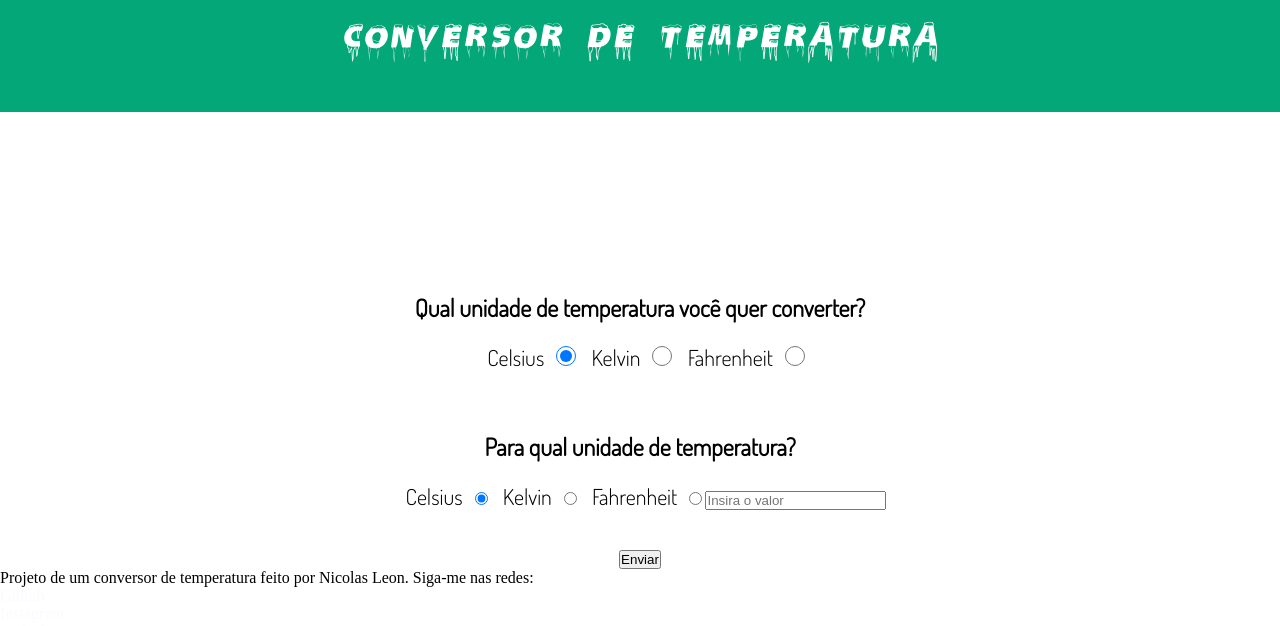
Repository: Leonngc/Conversor-de-temperatura
Page: index.html
These files come from the project's save history. The page is drawn as it stood at one moment and after the next save; the edit follows.
The browser window is 1280 px wide. The pictures show the whole page.
Some icons come from a web library that is not loaded, so they are not drawn.

Above is the page before, as saved 2023-02-10 23:27:18.

After the next save:
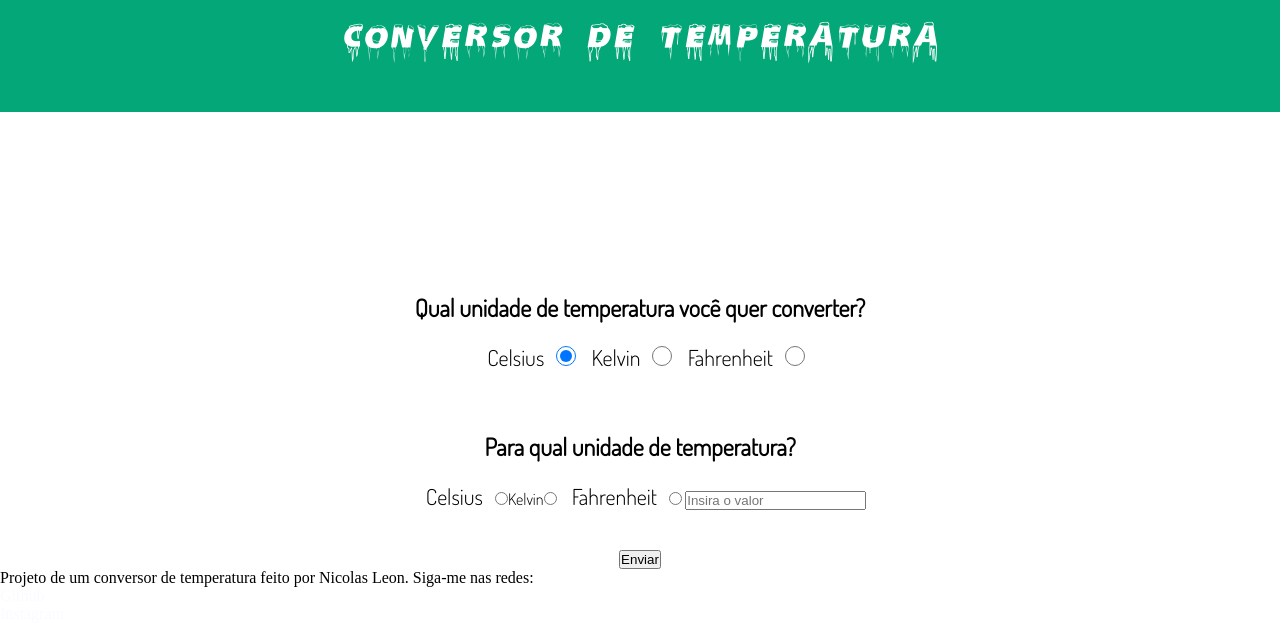
Saved 24 s later.
--- a/index.html
+++ b/index.html
@@ -32,7 +32,7 @@
        </form>
        <form>
         <h2>Para qual unidade de temperatura?</h2>
-        <label for="cel-res">Celsius</label><input type="radio" name="res-unidade" id="celsius" checked>
+        <label for="cel-res">Celsius</label><input type="radio" name="res-unidade" id="celsius checked>
         <label for="kelvin">Kelvin</label><input type="radio" name="unidade" id="kel-res">
         <label for="fahrenheit">Fahrenheit</label><input type="radio" name="unidade" id="fah-res">
         <input type="number" name="graus" id="graus" placeholder="Insira o valor">

After the save that followed:
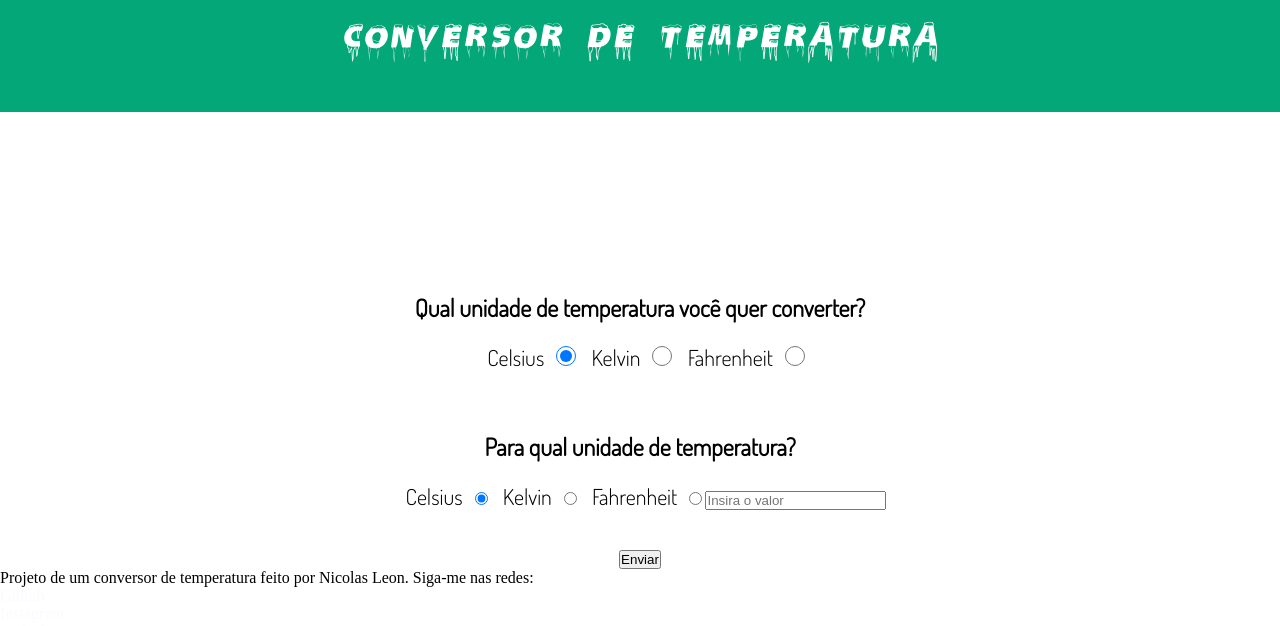
Saved 5 s later.
--- a/index.html
+++ b/index.html
@@ -32,7 +32,7 @@
        </form>
        <form>
         <h2>Para qual unidade de temperatura?</h2>
-        <label for="cel-res">Celsius</label><input type="radio" name="res-unidade" id="celsius checked>
+        <label for="cel-res">Celsius</label><input type="radio" name="res-unidade" id="cel-res" checked>
         <label for="kelvin">Kelvin</label><input type="radio" name="unidade" id="kel-res">
         <label for="fahrenheit">Fahrenheit</label><input type="radio" name="unidade" id="fah-res">
         <input type="number" name="graus" id="graus" placeholder="Insira o valor">
